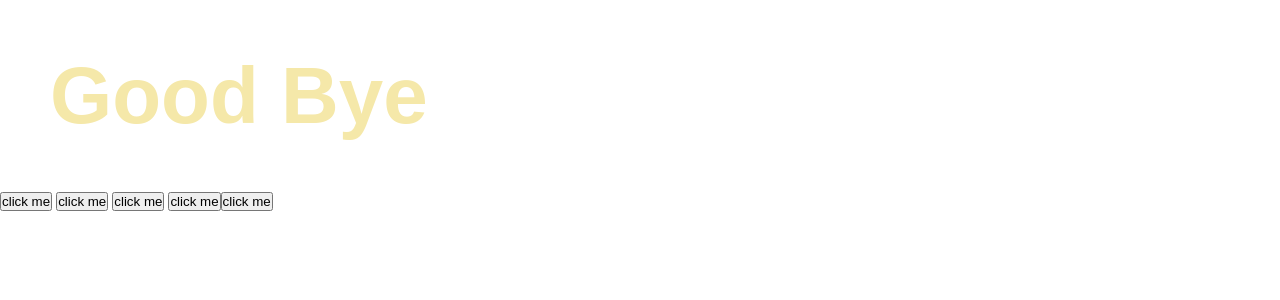
Repository: doncsar/yu-frontend-bootcamp
Page: 18-jQuery/index.html
An editor plug-in stored every save of this project. The page is shown before and after a run of saves, followed by the edit.
The browser window is 1280 px wide. The pictures show the whole page.

Above is the page before, as saved 2024-01-28 14:55:43.

After the next 5 saves:
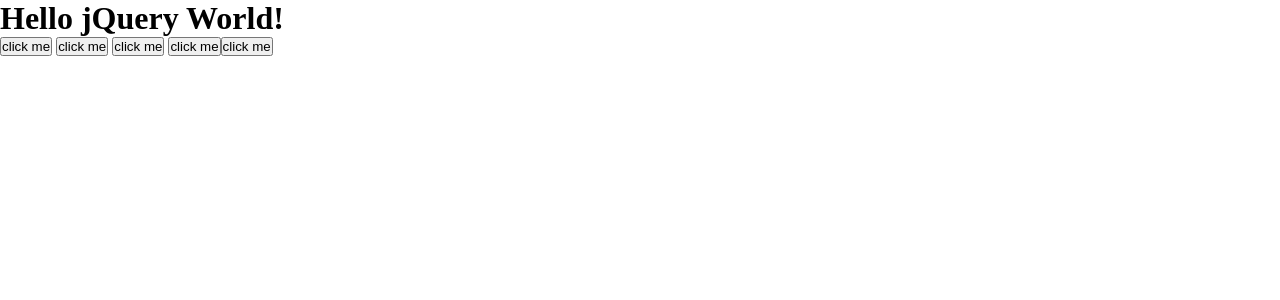
Console error: SyntaxError: Unexpected token '}'
The 5 saves are shown as one change because they came seconds apart.
The last was saved 11 s later.
--- a/18-jQuery/script.js
+++ b/18-jQuery/script.js
@@ -1,5 +1,7 @@
 $('h1').addClass('big-title m-50')
 
-$('h1').bind('mouseOver', )
+$('h1').bind('mouseOver', function () {
+   this.
+})
 
    .text('Good Bye')

After the save that followed:
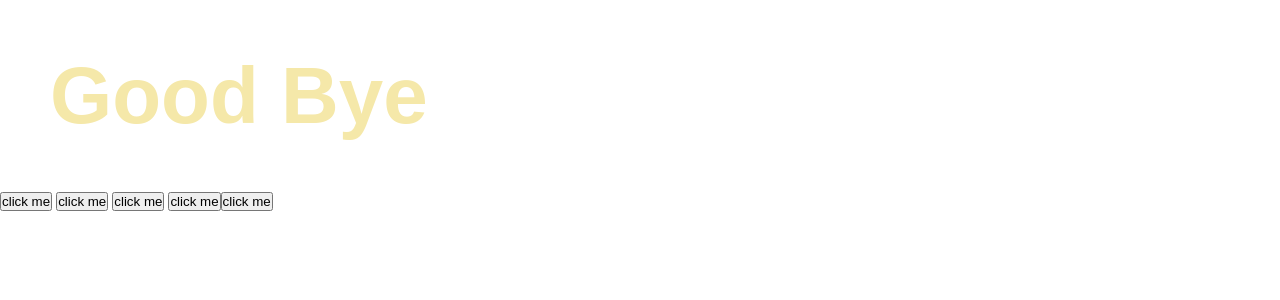
The error is gone.
Saved 4 s later.
--- a/18-jQuery/script.js
+++ b/18-jQuery/script.js
@@ -1,7 +1,7 @@
 $('h1').addClass('big-title m-50')
 
 $('h1').bind('mouseOver', function () {
-   this.
+
 })
 
    .text('Good Bye')
